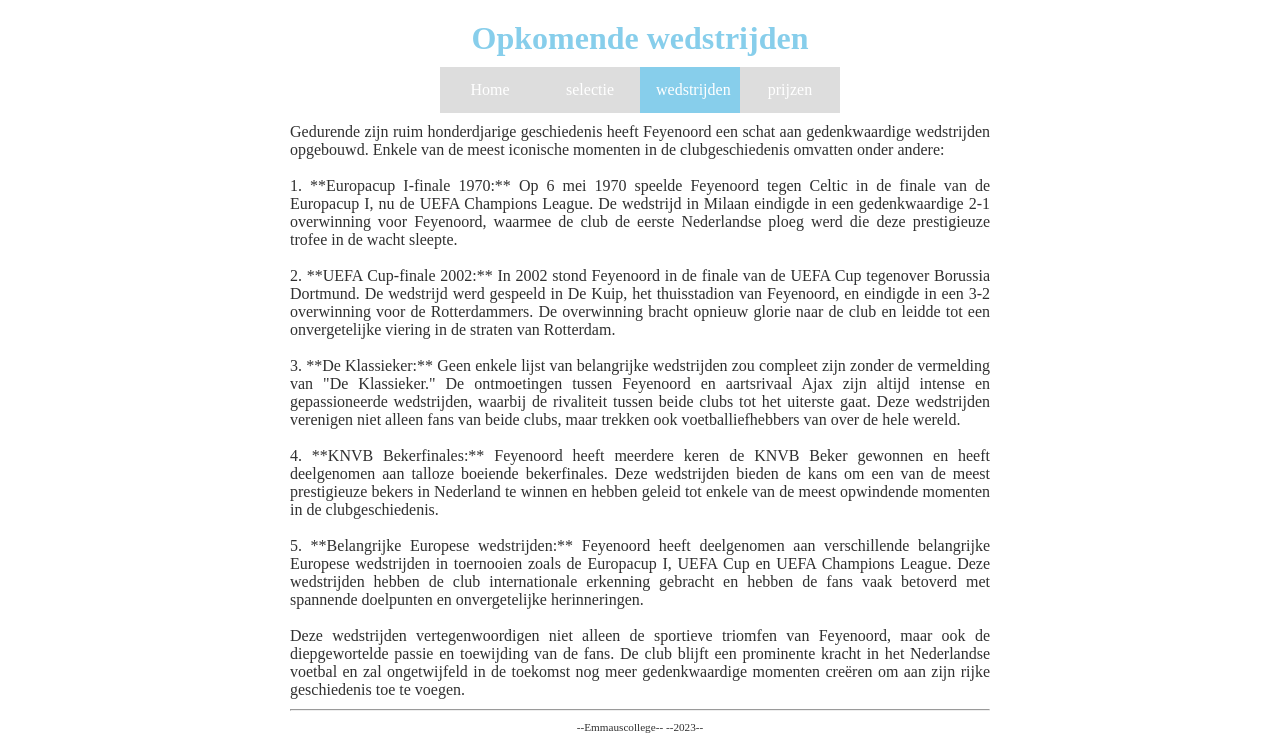
Repository: Manoize/ManoIze
Page: info.html
These files come from the project's save history. The page is drawn as it stood at one moment and after the next save; the edit follows.
The browser window is 1280 px wide. The pictures show the whole page.

Above is the page before, as saved 2023-10-24 10:19:26.

### info.html
<!DOCTYPE html>

<html lang="nl">

<head>
  <link rel="stylesheet" href="style.css" />
  <title>Dit is een eenvoudige website</title>
  <meta charset="UTF-8" />
</head>

<body>
  <div class="page">

    <header>
      <h1>Opkomende wedstrijden</h1>
    </header>

    <nav>
      <ul>
        <li><a  href="index.html">Home</a></li>
        <li><a href="overmij.html">selectie</a></li>
        <li><a class="active" href="info.html">wedstrijden</a></li>
        <li><a href="prijzen.html">prijzen</a></li>
      </ul>
    </nav>

    <main>
      <p>Gedurende zijn ruim honderdjarige geschiedenis heeft Feyenoord een schat aan gedenkwaardige wedstrijden opgebouwd. Enkele van de meest iconische momenten in de clubgeschiedenis omvatten onder andere:<br>
        <br>
        1. **Europacup I-finale 1970:** Op 6 mei 1970 speelde Feyenoord tegen Celtic in de finale van de Europacup I, nu de UEFA Champions League. De wedstrijd in Milaan eindigde in een gedenkwaardige 2-1 overwinning voor Feyenoord, waarmee de club de eerste Nederlandse ploeg werd die deze prestigieuze trofee in de wacht sleepte.<br>
        <br>
        2. **UEFA Cup-finale 2002:** In 2002 stond Feyenoord in de finale van de UEFA Cup tegenover Borussia Dortmund. De wedstrijd werd gespeeld in De Kuip, het thuisstadion van Feyenoord, en eindigde in een 3-2 overwinning voor de Rotterdammers. De overwinning bracht opnieuw glorie naar de club en leidde tot een onvergetelijke viering in de straten van Rotterdam.<br>
        <br>
        3. **De Klassieker:** Geen enkele lijst van belangrijke wedstrijden zou compleet zijn zonder de vermelding van "De Klassieker." De ontmoetingen tussen Feyenoord en aartsrivaal Ajax zijn altijd intense en gepassioneerde wedstrijden, waarbij de rivaliteit tussen beide clubs tot het uiterste gaat. Deze wedstrijden verenigen niet alleen fans van beide clubs, maar trekken ook voetballiefhebbers van over de hele wereld.<br>
        <br>
        4. **KNVB Bekerfinales:** Feyenoord heeft meerdere keren de KNVB Beker gewonnen en heeft deelgenomen aan talloze boeiende bekerfinales. Deze wedstrijden bieden de kans om een van de meest prestigieuze bekers in Nederland te winnen en hebben geleid tot enkele van de meest opwindende momenten in de clubgeschiedenis.<br>
        <br>
        5. **Belangrijke Europese wedstrijden:** Feyenoord heeft deelgenomen aan verschillende belangrijke Europese wedstrijden in toernooien zoals de Europacup I, UEFA Cup en UEFA Champions League. Deze wedstrijden hebben de club internationale erkenning gebracht en hebben de fans vaak betoverd met spannende doelpunten en onvergetelijke herinneringen.<br>
        <br>
        Deze wedstrijden vertegenwoordigen niet alleen de sportieve triomfen van Feyenoord, maar ook de diepgewortelde passie en toewijding van de fans. De club blijft een prominente kracht in het Nederlandse voetbal en zal ongetwijfeld in de toekomst nog meer gedenkwaardige momenten creëren om aan zijn rijke geschiedenis toe te voegen.<br> </p>
    </main>

    <footer>
      <hr />
      <p class="smalltext">--Emmauscollege-- --2023--</p>
    </footer>

</div>
</body>

</html>

### style.css
/* Instellingen tussen commentaar zijn handig om fouten te helpen vinden, uncomment om aan te zetten */

/* zorg dat elke box een gestippelde rand krijgt,
   zodat je de afmeting goed kunt zien,
   letop 1: dit kan de layout soms kan wijzigen
   letop 2: laat 1 sterretje voor { staan als je commentaar weghaalt */
/*  * {border: 1px dotted black;}   */

/* zorg dat elke box een doorzichtige donkere achtergrond krijgt,
   hoe meer boxen in elkaar hoe donkerder de achtergrondkleur
   letop: laat 1 sterretje voor { staan als je commentaar weghaalt */
/*  * {background-color: rgba(0,0,0,5%);}  */

/* Basisinstellingen voor alle pagina's, alleen aanpassen als je pro wilt worden */

* {                                        /* geldt voor alles */
  box-sizing: border-box;                  /* zorg dat border meetelt bij de width en height van boxen */
  margin: 0px;                             /* standaard marge 0 */
}

html, body {                      /* geldt voor html en body */
  margin: 0px;                    /* standaard marge 0 */
  background-color: #ffffff;    /* achtergrondkleur lichtgrijs */
  color: #303030;               /* tekstkleur donkergrijs */
}



body {

}

div {                             /* geldt voor div */
  overflow: hidden;               /* zorgt dat DIV de hoogte krijgt van wat erin zit (anders tellen de floats erin niet mee voor de hoogte en wordt dus wel eens hoogte 0) */
}

/* Indeling voor alle pagina's */

.page {
  width: 700px;                   /* vaste breedte van 700 pixels */
  margin: 10px auto;              /* boven en onder 10 pixels marge, links en rechts marge gelijk verdeeld (gecentreerd) */
}

header, footer {                  /* geldt voor header en footer */
  margin: 10px 0px;
}

main {
  text-align: justify;            /* tekst uitvullen */}

h1, h2, h3 {                      /* geldt voor h1 en h2 en h3 */
  margin: 10px 0px;
  text-align: center;             /* tekst centreren */
}

p {
  margin: 10px 0px;
  text-align: justify;            /* tekst links en rechts uitvullen */
}

img {
  margin: 10px 0px;
}

/* Indeling voor hoofd pagina */

/* .item {} */ /* hier doen we nog niks mee, dat mag je zelf toevoegen */

.item-plaatje {
  float:left;
  width:250px;
  padding-right: 15px; /* zorgt dat plaatje niet tegen tekst komt */
}
.item-tekst {
  float:right;
  width: 450px;
}

/* Indeling voor sub pagina */

/* Opmaak voor alle pagina's */

h1, h2, h3 {
      color: skyblue;
}

.smalltext {
    text-align: center;
    font-size: 0.7em;
}

a {
    color: skyblue;
    text-decoration: none;
}

a:hover {
    text-decoration: underline;
}

/* Opmaak voor sub pagina's */

/* Navigatiebalk voor alle pagina's */
nav ul {
    list-style-type: none;
    margin: auto;
    padding: 0;
    width: 400px;
    background-color: #dddddd;
    overflow: hidden;
}

nav ul li {
    float: left;

}

nav li a {
    display: block;
    color: white;
    text-align: center;
    padding: 14px 16px;
    width: 100px;
    text-decoration: none;
}

nav li a:hover {
    background-color: #aaaaaa;
}

nav li a.active {
    background-color: skyblue;
}

After the next save:
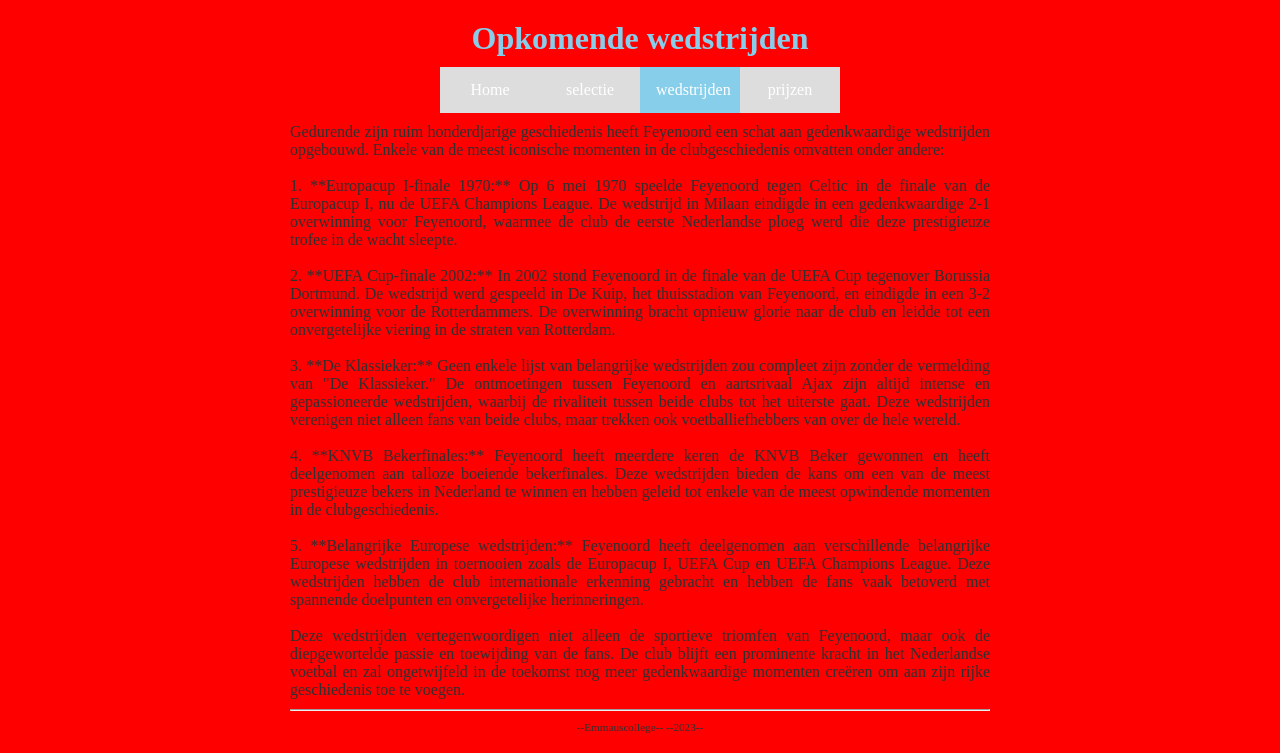
Saved 12 s later.
--- a/style.css
+++ b/style.css
@@ -20,7 +20,7 @@
 
 html, body {                      /* geldt voor html en body */
   margin: 0px;                    /* standaard marge 0 */
-  background-color: #ffffff;    /* achtergrondkleur lichtgrijs */
+  background-color: #ff0000;    /* achtergrondkleur lichtgrijs */
   color: #303030;               /* tekstkleur donkergrijs */
 }
 
